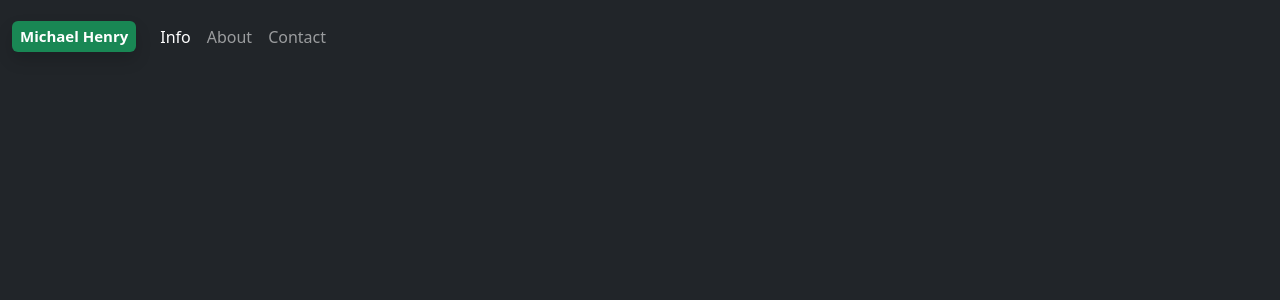
Repository: kenyi-mic/Portfolio_bootstrap
Page: index.html
The author's editor kept a copy of each file at every save. The page is drawn from the files as they stood at one save, then again after the next save.
The browser window is 1280 px wide. The pictures show the whole page.

Above is the page before, as saved 2022-11-25 13:52:12.

### index.html
<!DOCTYPE html>
<html lang="en">

<head>
    <meta charset="UTF-8">
    <meta http-equiv="X-UA-Compatible" content="IE=edge">
    <meta name="viewport" content="width=device-width, initial-scale=1.0">
    <!---Bootstrap icon cdn-->
    <link rel="stylesheet" href="https://cdn.jsdelivr.net/npm/bootstrap-icons@1.10.2/font/bootstrap-icons.css">
    <link rel="stylesheet" href="style.css">
    <title>Michael Kenyi</title>
    <!---Bootstrap css-->
    <link href="https://cdn.jsdelivr.net/npm/bootstrap@5.2.3/dist/css/bootstrap.min.css" rel="stylesheet"
        integrity="sha384-rbsA2VBKQhggwzxH7pPCaAqO46MgnOM80zW1RWuH61DGLwZJEdK2Kadq2F9CUG65" crossorigin="anonymous">
</head>

<body class="v-100 bg-dark text-light">
    <!---Navigation--->
    <nav class="navbar navbar-expand-md navbar-dark fixed-top">
        <div class="container-fluid">
            <a href="" class="navbar-brand"><span class="badge bg-success p-2 my-2 shadow">Michael
                    Henry</span></a>
            <button class="navbar-toggler" type="button" data-bs-toggle="collapse" data-bs-target="#navbarMain">
                <span class="navbar-toggler-icon"></span></button>
            <div class="collapse navbar-collapse" id="navbarMain">
                <ul class="navbar-nav me-auto mb-2 mb-lg-0" style="z-index:10">
                    <li class="nav-item"><a href="" data-bs-toggle="collapse" data-bs-target=".multi-collapse"
                            aria-expanded="false" aria-control="about contact" class="nav-link active">Info</a></li>
                    <li class="nav-item"><a href="#about" role="button" data-bs-toggle="collapse" aria-expanded="false"
                            aria-control="about" class="nav-link">About</a></li>
                    <li class="nav-item"><a role="button" data-bs-toggle="collapse" aria-expanded="false"
                            aria-control="contact" href="#contact" class="nav-link">Contact</a></li>
                </ul>
            </div>
        </div>
    </nav>



    <!---Bootstrap javascript-->
    <script src="https://cdn.jsdelivr.net/npm/bootstrap@5.2.3/dist/js/bootstrap.bundle.min.js"
        integrity="sha384-kenU1KFdBIe4zVF0s0G1M5b4hcpxyD9F7jL+jjXkk+Q2h455rYXK/7HAuoJl+0I4"
        crossorigin="anonymous"></script>
</body>

</html>

### style.css

body{

    background-image:url('https://images.unsplash.com/photo-1555952517-2e8e729e0b44?ixlib=rb-4.0.3&ixid=MnwxMjA3fDB8MHxzZWFyY2h8MzN8fHBlcnNvbnxlbnwwfHwwfHw%3D&auto=format&fit=crop&w=500&q=60')!;
    background-repeat:no-repeat;
    background-size:contain;
    background-position:center;
}

After the next save:
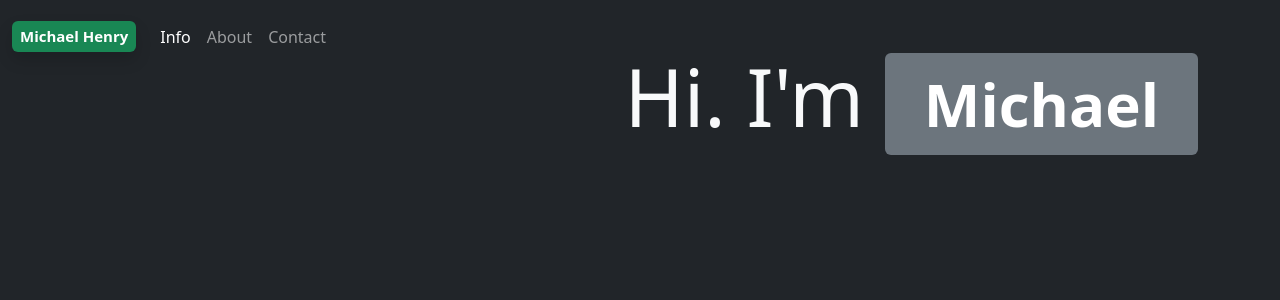
Saved 5 min 28 s later.
--- a/index.html
+++ b/index.html
@@ -34,6 +34,12 @@
             </div>
         </div>
     </nav>
+    <!---Header---->
+    <header class="container fixed-top text-end mt-5">
+        <h1 class="display-1">
+            Hi. I'm <span class="badge bg-secondary">Michael</span>
+        </h1>
+    </header>
 
 
 
